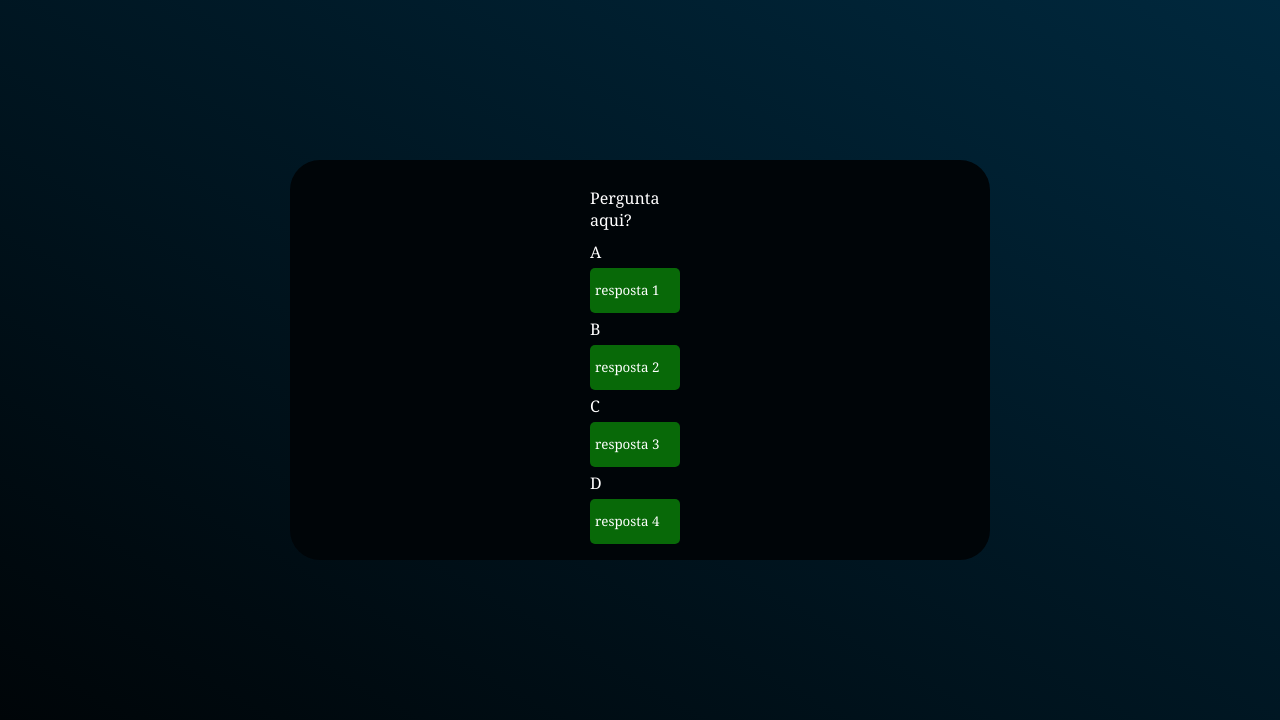
Repository: LaisSilvaO/Projeto-Quizz
Page: telas/index.html
The author's editor kept a copy of each file at every save. The page is drawn from the files as they stood at one save, then again after the next save.
The browser window is 1280 px wide. The pictures show the whole page.

Above is the page before, as saved 2024-12-26 10:42:30.

After the next save:
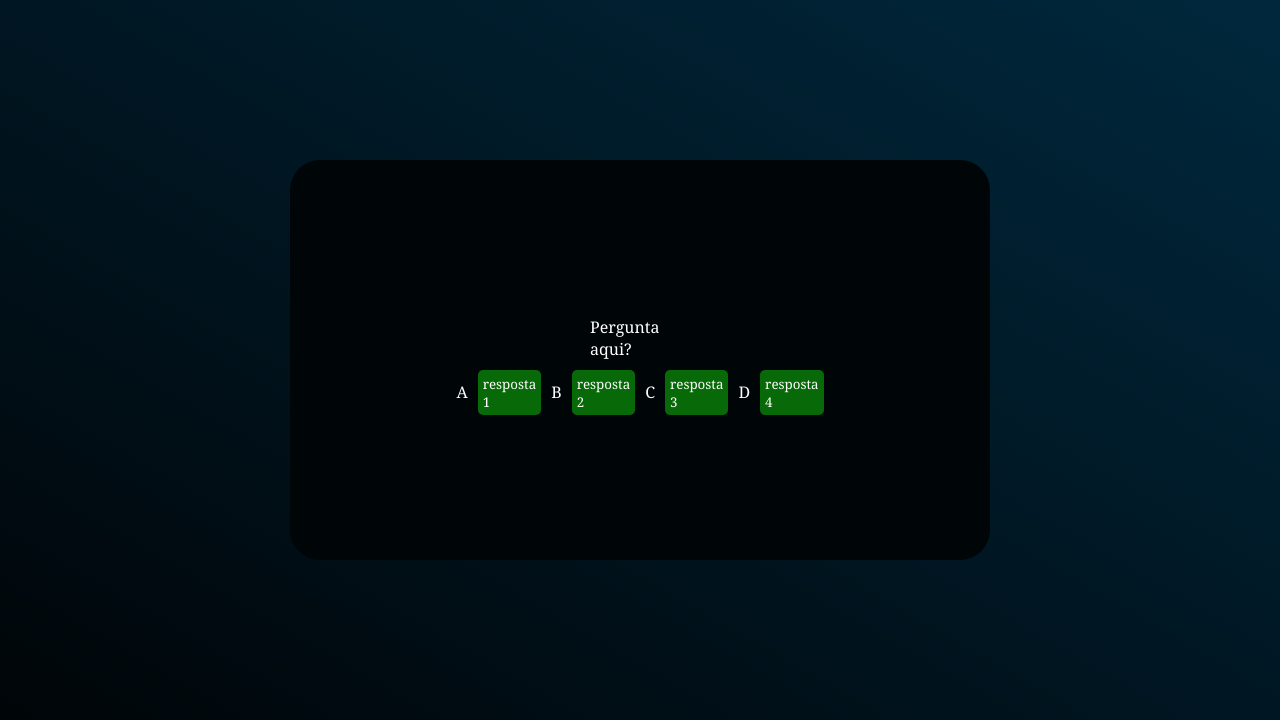
Saved 4 min 31 s later.
--- a/img/tela.css
+++ b/img/tela.css
@@ -115,8 +115,9 @@ h4{
 }
 .resposta{
   display: flex;
-  flex-direction: column;
-  gap:5px;
+  gap:10px;
+  justify-content: center;
+  align-items: center;
 }
 button{
   width: 90px;
